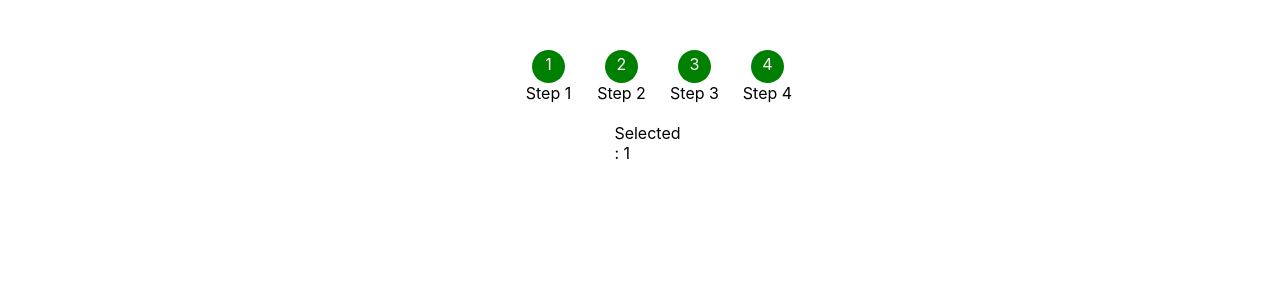
Repository: SD-Mdouka/project_step
Page: /
An editor plug-in stored every save of this project. The page is shown before and after the next save, followed by the edit.
The browser window is 1280 px wide. The pictures show the whole page.
The project was rebuilt for these pictures with package versions that can differ from the ones it lists, and the page was loaded fresh each time.

Above is the page before, as saved 2022-09-05 12:52:58.

### src/index.js
import React from "react";
import ReactDOM from "react-dom/client";
import "./index.css";
import App from "./Steps";
// import { AppBar, Toolbar, Typography } from "@material-ui/core";

const root = ReactDOM.createRoot(document.getElementById("root"));
root.render(
  <React.StrictMode>
    {/* <AppBar>
      <Toolbar>
        <Typography varient="h6">React app</Typography>
      </Toolbar>
    </AppBar> */}
    <App />
  </React.StrictMode>
);

### src/index.css
body {
    margin: 0;
    font-family: -apple-system, BlinkMacSystemFont, "Segoe UI", "Roboto", "Oxygen", "Ubuntu", "Cantarell", "Fira Sans", "Droid Sans", "Helvetica Neue", sans-serif;
    -webkit-font-smoothing: antialiased;
    -moz-osx-font-smoothing: grayscale;
}

code {
    font-family: source-code-pro, Menlo, Monaco, Consolas, "Courier New", monospace;
}

.App-Project {
    margin-top: 50px;
    margin-inline: 40% !important;
}

.cirecle {
    width: 29px;
    height: 29px;
    line-height: 25px;
    background-color: green;
    color: white;
    border-radius: 50%;
    -webkit-border-radius: 50%;
    -moz-border-radius: 50%;
    -ms-border-radius: 50%;
    -o-border-radius: 50%;
    border: 2px solid transparent;
    text-align: center;
}

.stepsWrapp {
    display: flex;
    margin-bottom: 20px;
    text-align: center;
}

.stepeBlock .circleWrapper {
    padding: 0px 20px;
}

.selected .cirecle {
    color: black;
    background-color: white;
    border: 1px solid green;
}

.pages {
    margin: 0 40%;
}

### src/Steps/index.js
import Step from "./Step";
import React, { useState } from "react";

function App() {
  const labelArray = ["Step 1", "Step 2", "Step 3", "Step 4"];
  const [currentSteps, setCurrentSteps] = useState(1);
  function updateStep(step) {
    setCurrentSteps(step);
  }
  return (
    <div className="App-Project">
      <Step
        labelArray={labelArray}
        currentSteps={currentSteps}
        updateStep={updateStep}
      ></Step>
      <p className="pages"> Selected : {currentSteps}</p>
    </div>
  );
}

export default App;

### src/Steps/Step/index.js
import React, { useState } from "react";
import NavStep from "./NavStep";

const Step = (props) => {
  return (
    <div className="stepsWrapp">
      {props.labelArray.map((item, index) => (
        <NavStep
          key={index}
          index={index}
          label={item}
          updateStep={props.updateStep}
          selected={props.currentStep === index + 1}
        ></NavStep>
      ))}
    </div>
  );
};
export default Step;

### src/Steps/Step/NavStep/index.js
import React from "react";

const NavStep = (props) => {
  return (
    <div className={"stepeBlock" + (props.selected ? " selected" : "")}>
      <div
        className="circleWrapper"
        onClick={() => props.updateStep(props.index)}
      >
        <div className="cirecle">{props.index + 1}</div>
      </div>
      <span>{props.label}</span>
    </div>
  );
};
export default NavStep;

Loaded but not shown: public/index.html (common file)

After the next save:
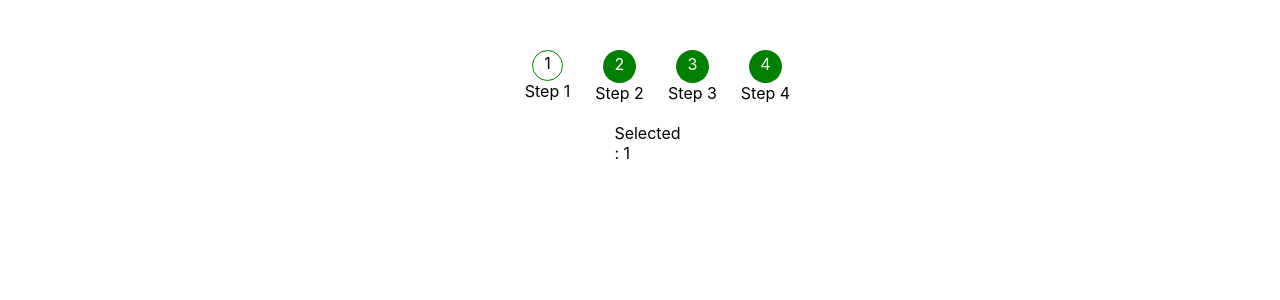
Saved 3 min 24 s later.
--- a/src/Steps/Step/index.js
+++ b/src/Steps/Step/index.js
@@ -10,7 +10,7 @@ const Step = (props) => {
           index={index}
           label={item}
           updateStep={props.updateStep}
-          selected={props.currentStep === index + 1}
+          selected={props.currentSteps === index + 1}
         ></NavStep>
       ))}
     </div>
